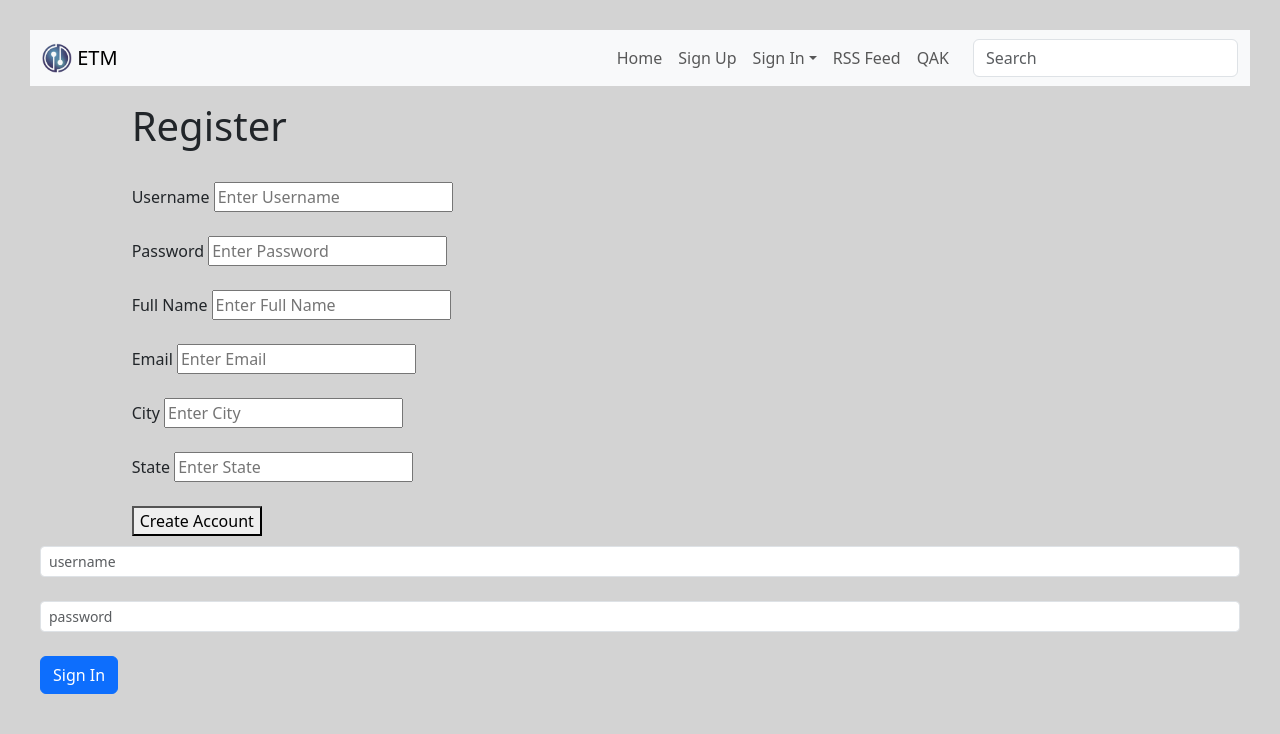
Repository: bethel-school-of-technology/team-5-node-prophets-frontend
Page: /signup
The author's editor kept a copy of each file at every save. The page is drawn from the files as they stood at one save, then again after the next save.
The browser window is 1280 px wide. The pictures show the whole page.
The project was rebuilt for these pictures with package versions that can differ from the ones it lists, and the page was loaded fresh each time. Also part of the build but not shown: src/styles/Home.css, src/components/Home.js, src/components/SignIn.js, src/components/Profile.js, src/components/About.js, src/styles/RssFeed.css, src/components/Article.js, src/components/RssFeed.js.

Above is the page before, as saved 2023-10-05 12:23:32.

### src/App.js
import React from "react";
import { BrowserRouter, Route, Routes } from "react-router-dom";
import Navigation from "./components/Navigation";
import Home from "./components/Home";
import SignUp from "./components/SignUp";
import SignIn from "./components/SignIn";
import Profile from "./components/Profile";
import About from "./components/About";
import "./styles/App.css";
import RssFeed from "./components/RssFeed";
import { UserProvider } from "./contexts/UserProvider";

function App() {
  return (
    <div className="wrap">
      <UserProvider>
        <BrowserRouter>
          <Routes>
            <Route path="/" element={<Navigation />}>
              <Route index element={<Home />} />
              <Route path="/signup" element={<SignUp />} />
              <Route path="/signin" element={<SignIn />} />
              <Route path="/newsfeed" element={<RssFeed />} />
              <Route path="/profile" element={<Profile />} />
              <Route path="/about" element={<About />} />
            </Route>
          </Routes>
        </BrowserRouter>
      </UserProvider>
    </div>
  );
}

export default App;

### src/components/Navigation.js
import React, { useState } from "react";
import {
  Button,
  Container,
  Form,
  Nav,
  NavDropdown,
  Navbar,
  Stack,
} from "react-bootstrap";
import { Link, Outlet } from "react-router-dom";
import "../styles/Navigation.css";

const Navigation = () => {
  // State variables for username, password, and authentication status
  const [username, setUsername] = useState("");
  const [password, setPassword] = useState("");
  const [authenticated, setAuthenticated] = useState(false);

  // Function to handle form submission
  const handleSignIn = async (e) => {
    e.preventDefault();
    try {
      // Send a request to your backend for authentication
      const response = await fetch("/api/auth/login", {
        method: "POST",
        headers: {
          "Content-Type": "application/json",
        },
        body: JSON.stringify({ username, password }),
      });

      if (response.ok) {
        // Authentication successful
        setAuthenticated(true);
        // You may want to store the token in local storage or a state management solution here.
      } else {
        // Authentication failed
        console.error("Authentication failed");
      }
    } catch (error) {
      console.error("Error during authentication:", error);
    }
  };

  return (
    <>
      {/* ... (your existing code) */}
      <>
        <Navbar expand="lg" bg="light">
          <Container fluid>
            <Navbar.Brand href="#home">
              <img
                alt=""
                src="logo.png"
                width="30"
                height="30"
                className="d-inline-block align-top"
              />{" "}
              ETM
            </Navbar.Brand>
            <Navbar.Toggle aria-controls="basic-navbar-nav" />
            <Navbar.Collapse id="basic-navbar-nav">
              <Nav className="justify-content-end flex-grow-1 pe-3 color-white">
                <Link to="/" className="nav-link">
                  Home
                </Link>
                <Link to="/signup" className="nav-link">
                  Sign Up
                </Link>
                <NavDropdown
                  id="nav-dropdown-light-example"
                  title="Sign In"
                  menuVariant="light"
                >
                  <div>
                    <Form className="sign-in">
                      <Form.Group className="mb-6">
                        <Form.Control
                          size="sm"
                          placeholder="username"
                          type="text"
                        />
                        <br></br>
                        <Form.Control
                          size="sm"
                          placeholder="password"
                          type="text"
                        />
                        <br />
                        <Button>Sign In</Button>
                      </Form.Group>
                    </Form>
                  </div>
                </NavDropdown>
                <Link to="/newsfeed" className="nav-link">
                  RSS Feed
                </Link>
                <Link to="/about" className="nav-link">
                  QAK
                </Link>
              </Nav>
              <Form>
                <Form.Control
                  type="search"
                  placeholder="Search"
                  className="me-2"
                  aria-label="Search"
                ></Form.Control>
              </Form>
            </Navbar.Collapse>
          </Container>
        </Navbar>

        <Stack gap={3} className="col-md-10 mx-auto mt-3">
          <Outlet />
        </Stack>
      </>
      <div>
        <Form className="sign-in" onSubmit={handleSignIn}>
          <Form.Group className="mb-6">
            <Form.Control
              size="sm"
              placeholder="username"
              type="text"
              value={username}
              onChange={(e) => setUsername(e.target.value)}
            />
            <br></br>
            <Form.Control
              size="sm"
              placeholder="password"
              type="password" // Use password type for security
              value={password}
              onChange={(e) => setPassword(e.target.value)}
            />
            <br />
            <Button type="submit">Sign In</Button>
          </Form.Group>
        </Form>
      </div>
      {/* ... (rest of your code) */}
    </>
  );
};

export default Navigation;

### src/components/SignUp.js
import React, { useContext, useState } from "react";
import { useNavigate } from "react-router-dom";
import UserContext from "../contexts/UserContext";

const SignUp = () => {
  const [username, setUserName] = useState("");
  const [password, setPassword] = useState("");
  const [fullname, setFullName] = useState("");
  const [email, setEmail] = useState("");
  const [city, setCity] = useState("");
  const [state, setState] = useState("");
  console.log(username);
  let { createUser } = useContext(UserContext);
  let navigate = useNavigate();

  function handleSubmit(event) {
    event.preventDefault();
    createUser(username, password, fullname, email, city, state)
      .then(() => {
        navigate("/signin");
      })
      .catch((error) => {
        console.log(error);
        window.alert("Failed registration: error creating user");
      });
  }

  return (
    <form onSubmit={handleSubmit}>
      <h1>Register</h1>
      <br></br>
      <span>Username </span>
      <input
        placeholder="Enter Username"
        type="text"
        name="username"
        value={username}
        onChange={(e) => setUserName(e.target.value)}
      />
      <br></br>
      <br></br>
      <span>Password </span>
      <input
        placeholder="Enter Password"
        type="password"
        name="password"
        value={password}
        onChange={(e) => setPassword(e.target.value)}
      />
      <br></br>
      <br></br>
      <span>Full Name </span>
      <input
        placeholder="Enter Full Name"
        type="text"
        name="fullname"
        value={fullname}
        onChange={(e) => setFullName(e.target.value)}
      />
      <br></br>
      <br></br>
      <span>Email </span>
      <input
        placeholder="Enter Email"
        type="text"
        name="email"
        value={email}
        onChange={(e) => setEmail(e.target.value)}
      />
      <br></br>
      <br></br>
      <span>City </span>
      <input
        placeholder="Enter City"
        type="text"
        name="city"
        value={city}
        onChange={(e) => setCity(e.target.value)}
      />
      <br></br>
      <br></br>
      <span>State </span>
      <input
        placeholder="Enter State"
        type="text"
        name="state"
        value={state}
        onChange={(e) => setState(e.target.value)}
      />
      <br />
      <br></br>
      <button>Create Account</button>
    </form>
  );
};

export default SignUp;

### src/styles/App.css
body {
  padding: 30px;
}

.backgroundColor {
  margin: 0;
  border: 0;
  padding: 0;
  background-color: lightgray;
}

### src/contexts/UserProvider.js
import axios from "axios";
import UserContext from "./UserContext";

export const UserProvider = (props) => {
  const baseUrl = "http://localhost:3000/api/users";

  function createUser(username, password, fullname, email, city, state) {
    let user = {
      username,
      password,
      fullname,
      email,
      city,
      state,
    };

    return axios.post(baseUrl, user).then((response) => {
      return new Promise((resolve) => resolve(response.data));
    });
  }

  function signInUser(username, password) {
    let user = { username, password };

    return axios.post(`${baseUrl}/login`, user).then((response) => {
      localStorage.setItem("myPostToken", response.data.token);
      return new Promise((resolve) => resolve(response.data));
    });
  }

  function getUserProfile(_id) {
    return axios.get(baseUrl + _id).then((response) => {
      return new Promise((resolve) => resolve(response.data));
    });
  }

  return (
    <UserContext.Provider
      value={{
        createUser,
        signInUser,
        getUserProfile,
      }}
    >
      {props.children}
    </UserContext.Provider>
  );
};

### src/styles/Navigation.css
.sign-in {
  padding: 10px;
}

Loaded but not shown: public/index.html (common file); src/index.js (common file); src/contexts/UserContext.js (common file)

After the next save:
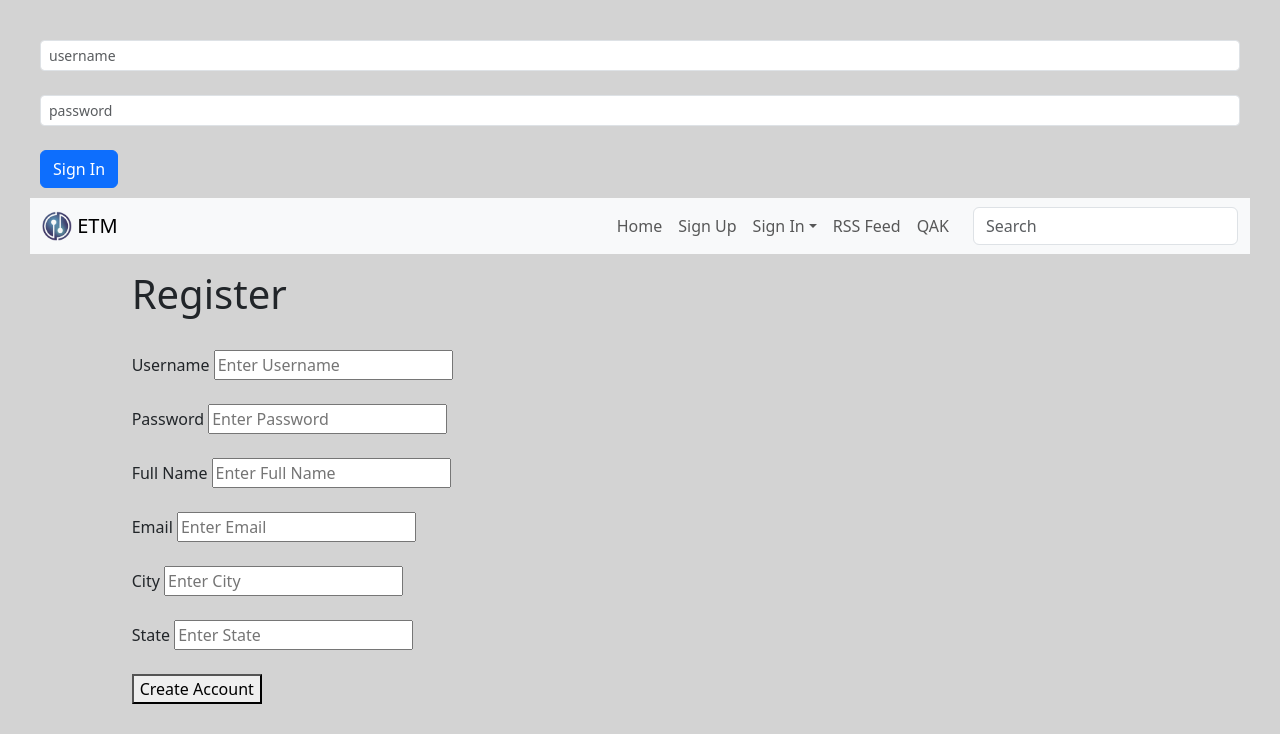
Saved 4 min 29 s later.
--- a/src/components/Navigation.js
+++ b/src/components/Navigation.js
@@ -45,8 +45,30 @@ const Navigation = () => {
 
   return (
     <>
-      {/* ... (your existing code) */}
       <>
+        <div>
+          <Form className="sign-in" onSubmit={handleSignIn}>
+            <Form.Group className="mb-6">
+              <Form.Control
+                size="sm"
+                placeholder="username"
+                type="text"
+                value={username}
+                onChange={(e) => setUsername(e.target.value)}
+              />
+              <br></br>
+              <Form.Control
+                size="sm"
+                placeholder="password"
+                type="password" // Use password type for security
+                value={password}
+                onChange={(e) => setPassword(e.target.value)}
+              />
+              <br />
+              <Button type="submit">Sign In</Button>
+            </Form.Group>
+          </Form>
+        </div>
         <Navbar expand="lg" bg="light">
           <Container fluid>
             <Navbar.Brand href="#home">
@@ -116,30 +138,6 @@ const Navigation = () => {
           <Outlet />
         </Stack>
       </>
-      <div>
-        <Form className="sign-in" onSubmit={handleSignIn}>
-          <Form.Group className="mb-6">
-            <Form.Control
-              size="sm"
-              placeholder="username"
-              type="text"
-              value={username}
-              onChange={(e) => setUsername(e.target.value)}
-            />
-            <br></br>
-            <Form.Control
-              size="sm"
-              placeholder="password"
-              type="password" // Use password type for security
-              value={password}
-              onChange={(e) => setPassword(e.target.value)}
-            />
-            <br />
-            <Button type="submit">Sign In</Button>
-          </Form.Group>
-        </Form>
-      </div>
-      {/* ... (rest of your code) */}
     </>
   );
 };
